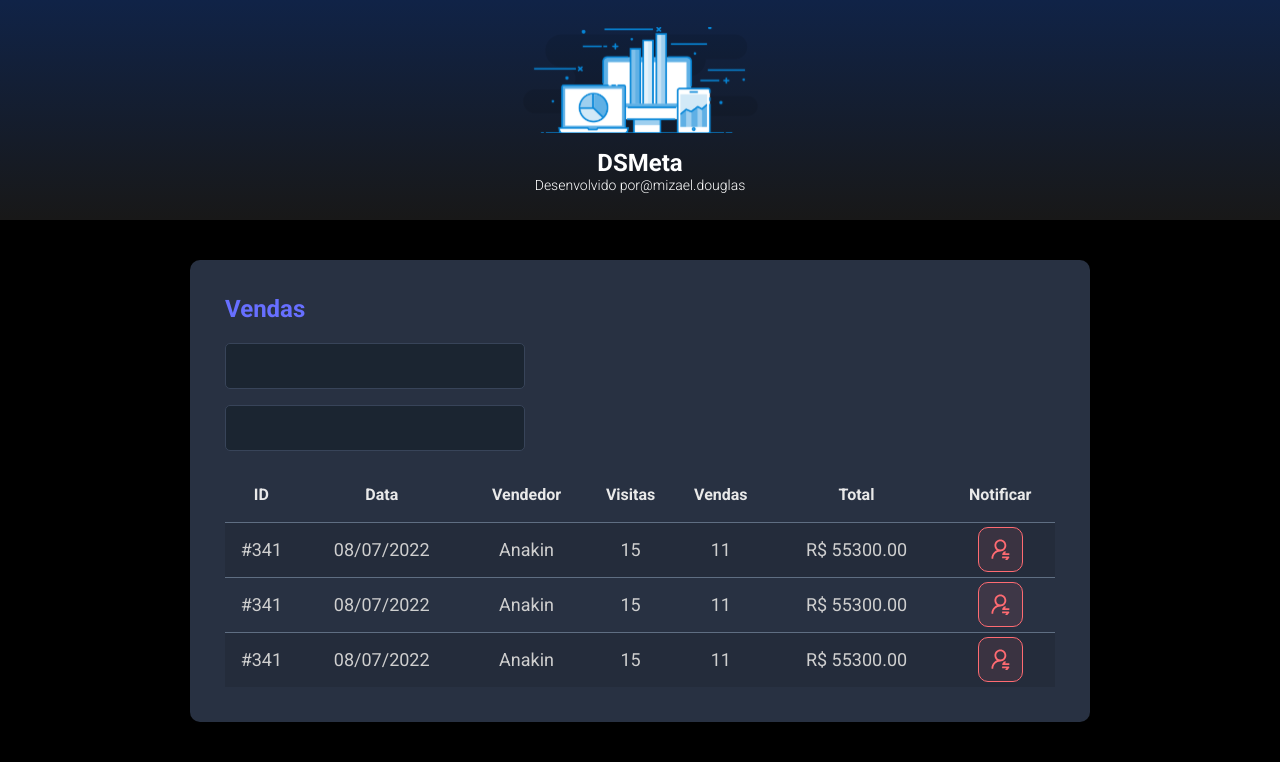
Repository: Mizaeldouglas/ds-Meta
Page: / (app in frontend/)
An editor plug-in stored every save of this project. The page is shown before and after the next save, followed by the edit.
The browser window is 1280 px wide. The pictures show the whole page.
The project was rebuilt for these pictures with package versions that can differ from the ones it lists, and the page was loaded fresh each time. Also part of the build but not shown: frontend/vite.config.ts.

Above is the page before, as saved 2022-07-11 11:25:47.

### frontend/src/App.tsx
import Header from "./components/Header";
import NotificationButton from "./components/NotificationButton";
import SalesCard from "./components/SalesCard";

function App() {
  return (
    <>
      <Header />
      <main>
        <section id="sales">
          <div className="dsmeta-container">
			<SalesCard />
		  </div>
        </section>
      </main>
    </>
  );
}

export default App;

### frontend/src/index.css
@import url("https://fonts.googleapis.com/css2?family=Roboto:wght@300;400;700&display=swap");

* {
  font-family: "Roboto", sans-serif;
  box-sizing: border-box;
  margin: 0;
  padding: 0;
}

body,
html {
  background-color: #000;
  color: #fff;
}

a,
a:hover,
a:visited {
  color: unset;
  text-decoration: none;
}
.dsmeta-container {
	width: 100%;
	max-width: 900px;
	margin: 0 auto;
  }

  #sales {
	padding: 40px 10px;
  }

### frontend/src/components/Header/index.tsx
import "./styles.css";
import logo from "../../assets/img/logo.svg";

function Header() {
  return (
    <header>
      <div className="dsmeta-logo-container">
        <img src={logo} alt="DSMeta" />
        <h1>DSMeta</h1>
        <p>
          Desenvolvido por
          <a href="https://www.instagram.com/mizael.douglas">@mizael.douglas</a>
        </p>
      </div>
    </header>
  );
}

export default Header;

### frontend/src/components/SalesCard/index.tsx
import NotificationButton from "../NotificationButton";
import "./styles.css";

export default function SalesCard() {
  return (
    <div className="dsmeta-card">
      <h2 className="dsmeta-sales-title">Vendas</h2>
      <div>
        <div className="dsmeta-form-control-container">
          <input className="dsmeta-form-control" type="text" />
        </div>
        <div className="dsmeta-form-control-container">
          <input className="dsmeta-form-control" type="text" />
        </div>
      </div>

      <div>
        <table className="dsmeta-sales-table">
          <thead>
            <tr>
              <th className="show992">ID</th>
              <th className="show576">Data</th>
              <th>Vendedor</th>
              <th className="show992">Visitas</th>
              <th className="show992">Vendas</th>
              <th>Total</th>
              <th>Notificar</th>
            </tr>
          </thead>
          <tbody>
            <tr>
              <td className="show992">#341</td>
              <td className="show576">08/07/2022</td>
              <td>Anakin</td>
              <td className="show992">15</td>
              <td className="show992">11</td>
              <td>R$ 55300.00</td>
              <td>
                <div className="dsmeta-red-btn-container">
				<NotificationButton />
                </div>
              </td>
            </tr>
            <tr>
              <td className="show992">#341</td>
              <td className="show576">08/07/2022</td>
              <td>Anakin</td>
              <td className="show992">15</td>
              <td className="show992">11</td>
              <td>R$ 55300.00</td>
              <td>
                <div className="dsmeta-red-btn-container">
				<NotificationButton />
                </div>
              </td>
            </tr>
            <tr>
              <td className="show992">#341</td>
              <td className="show576">08/07/2022</td>
              <td>Anakin</td>
              <td className="show992">15</td>
              <td className="show992">11</td>
              <td>R$ 55300.00</td>
              <td>
                <div className="dsmeta-red-btn-container">
				<NotificationButton />
                </div>
              </td>
            </tr>
          </tbody>
        </table>
      </div>
    </div>
  );
}

### frontend/src/components/Header/styles.css
header {
	background: linear-gradient(180deg, #102347 0%, #181818 100%);
	height: 220px;
	display: flex;
	align-items: center;
	justify-content: center;
  }

  .dsmeta-logo-container {
	display: flex;
	flex-direction: column;
	align-items: center;
  }

  .dsmeta-logo-container img {
	width: 235px;
  }

  .dsmeta-logo-container h1 {
	margin-top: 15px;
	font-size: 24px;
  }

  .dsmeta-logo-container p {
	font-size: 14px;
	font-weight: 300;
  }

### frontend/src/components/NotificationButton/index.tsx
import icon from '../../assets/img/notification-icon.svg'
import './styles.css'

function NotificationButton() {
  return (
    <div className="dsmeta-red-btn">
      <img src={icon} alt="Notificar" />
    </div>
  );
}

export default NotificationButton;

### frontend/src/components/SalesCard/styles.css
.dsmeta-card {
  background-color: #283142;
  border-radius: 10px;
  padding: 30px 10px;
}

.dsmeta-sales-title {
  color: #676fff;
  font-size: 24px;
  margin-bottom: 20px;
}

.dsmeta-form-control-container {
  margin-bottom: 16px;
  max-width: 300px;
}

.dsmeta-form-control {
  width: 100%;
  height: 46px;
  background-color: #1b2531;
  border: 1px solid #384459;
  border-radius: 5px;
  color: #9aaabe;
  padding: 0 20px;
  font-size: 18px;
}

.dsmeta-sales-table {
  width: 100%;
  border-spacing: 0;
  border-collapse: collapse;
}

.dsmeta-sales-table thead {
  height: 55px;
  font-size: 16px;
  color: #e9e9e9;
  font-weight: 700;
}

.dsmeta-sales-table tbody {
  font-size: 14px;
  font-weight: 400;
  color: #cfcfcf;
  text-align: center;
}

.dsmeta-sales-table tbody tr {
  height: 74px;
  border-top: 1px solid #5f6e82;
}

.dsmeta-sales-table tbody tr:hover > td {
  background-color: #384459;
}

.dsmeta-sales-table tbody tr:nth-child(odd) {
  background-color: #242c3b;
}

.dsmeta-red-btn-container {
  display: flex;
  justify-content: center;
}
.show576 {
  display: none;
}

.show992 {
  display: none;
}

@media (min-width: 576px) {
  .show576 {
    display: table-cell;
  }

  .dsmeta-card {
    padding: 35px;
  }

  .dsmeta-sales-table tbody tr {
    height: 55px;
  }

  .dsmeta-sales-table tbody {
    font-size: 18px;
  }
}

@media (min-width: 992px) {
  .show992 {
    display: table-cell;
  }
}

### frontend/src/components/NotificationButton/styles.css
.dsmeta-red-btn {
	height: 45px;
	width: 45px;
	background: rgba(255, 107, 114, 0.1);
	border: 1px solid #ff6b72;
	border-radius: 10px;
	display: flex;
	align-items: center;
	justify-content: center;
	cursor: pointer;
  }

  .dsmeta-red-btn img {
	  width: 19px;
  }

Loaded but not shown: frontend/index.html (common file); frontend/src/main.tsx (common file)

After the next save:
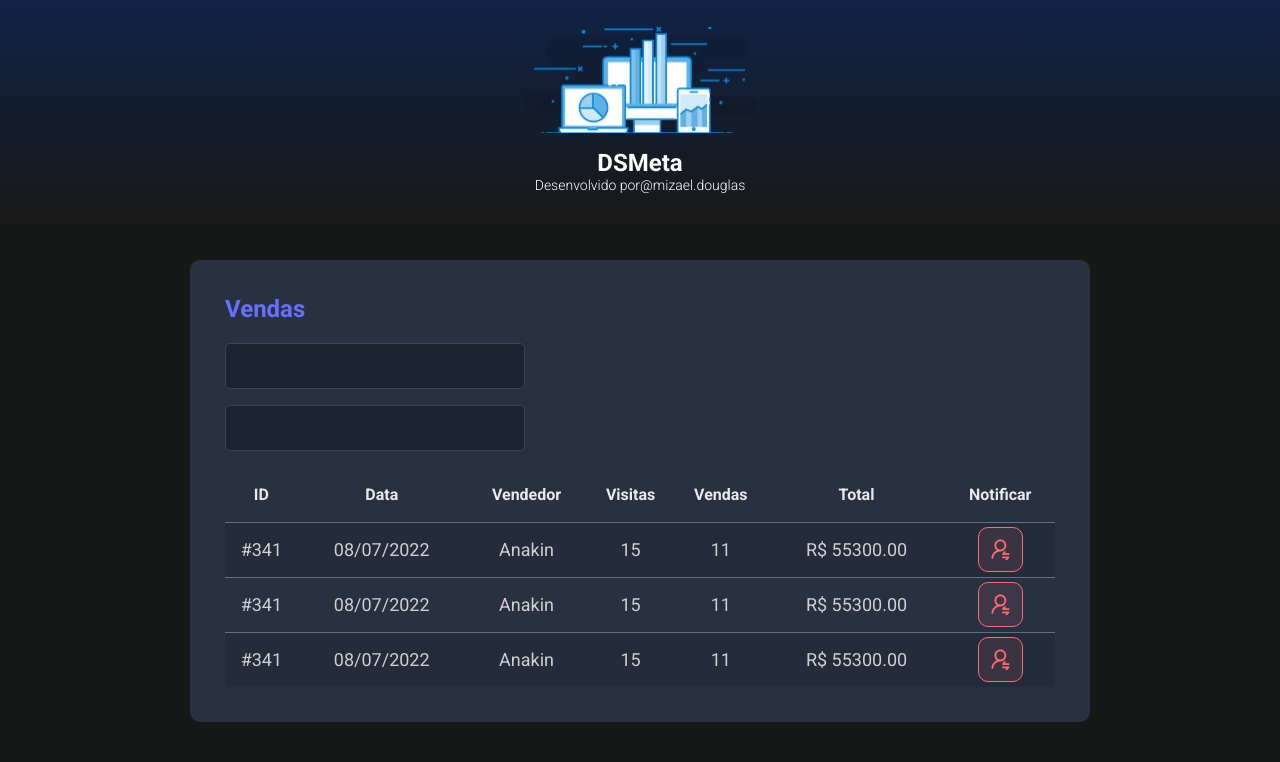
Saved 96 s later.
--- a/frontend/src/index.css
+++ b/frontend/src/index.css
@@ -9,7 +9,7 @@
 
 body,
 html {
-  background-color: #000;
+  background-color: #171818;
   color: #fff;
 }
 
